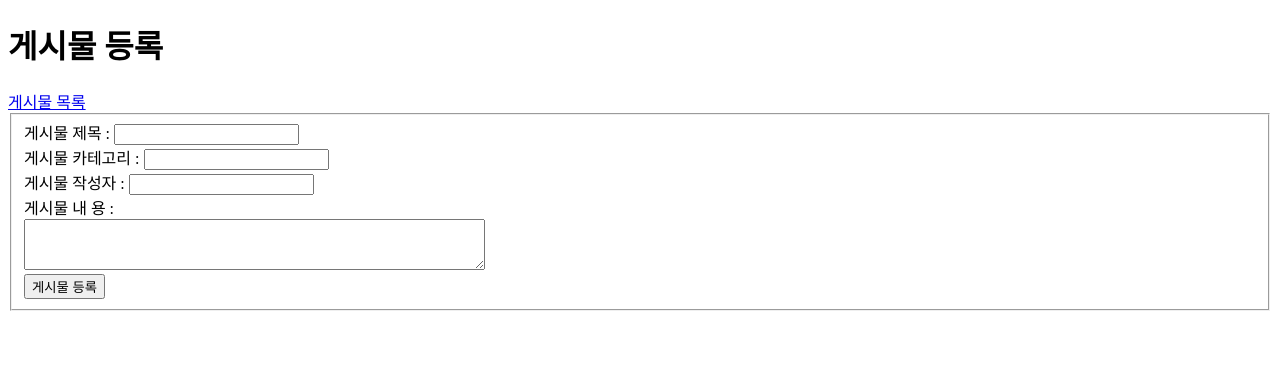
Repository: syc98syc/KB04_TeamProject
Page: http://localhost/jgig/WEB-INF/jsp/board/insert_form.jsp
The author's editor kept a copy of each file at every save. The page is drawn from the files as they stood at one save, then again after the next save.
The browser window is 1280 px wide. The pictures show the whole page.
The page is served by Tomcat 9. Nobody is signed in. The template is opened directly, without the code that normally fills it, so the values that code supplies are empty.

Above is the page before, as saved 2023-09-05 00:22:11.

After the next save:
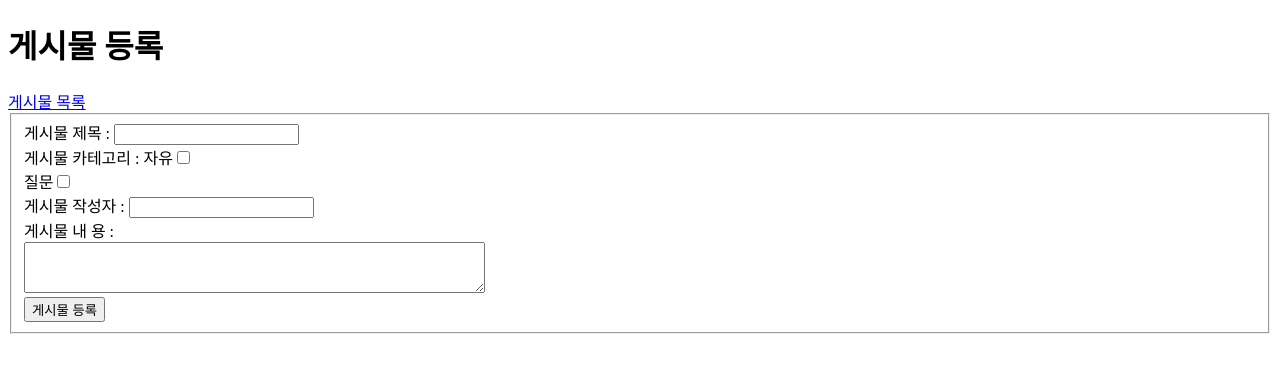
Saved 101 s later.
--- a/jgig/src/main/webapp/WEB-INF/jsp/board/insert_form.jsp
+++ b/jgig/src/main/webapp/WEB-INF/jsp/board/insert_form.jsp
@@ -12,7 +12,8 @@
 	<form action="board_insert_action" method="post">
 		<fieldset>
 			게시물 제목 : <input type="text" name="title"> <br>
-			게시물 카테고리 : <input type="text" name="category" val="자유"> <br>
+			게시물 카테고리 : 자유<input type="checkbox" name="category" val="자유"> <br>
+						질문<input type="checkbox" name="category" val="질문"> <br>
 			게시물 작성자 : <input type="text" name="writer"> <br>
 			게시물 내 용 : <br>
 			<textarea rows="3" cols="55" name="content"></textarea>
